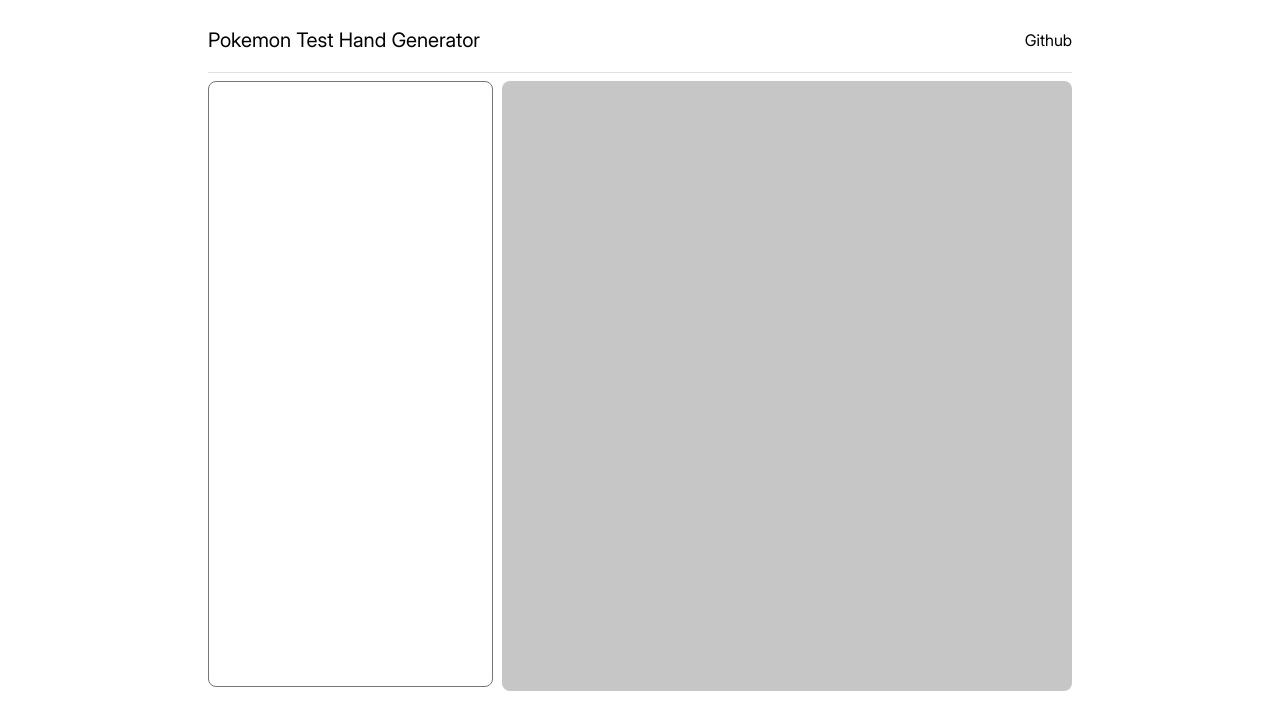
Repository: danielj1415/test-hand-simulator
Page: /
These files come from the project's save history. The page is drawn as it stood at one moment and after the next save; the edit follows.
The browser window is 1280 px wide. The pictures show the whole page.
The project was rebuilt for these pictures with package versions that can differ from the ones it lists, and the page was loaded fresh each time. Also part of the build but not shown: vite.config.ts, src/index.css.

Above is the page before, as saved 2024-10-30 18:10:21.

After the next save:
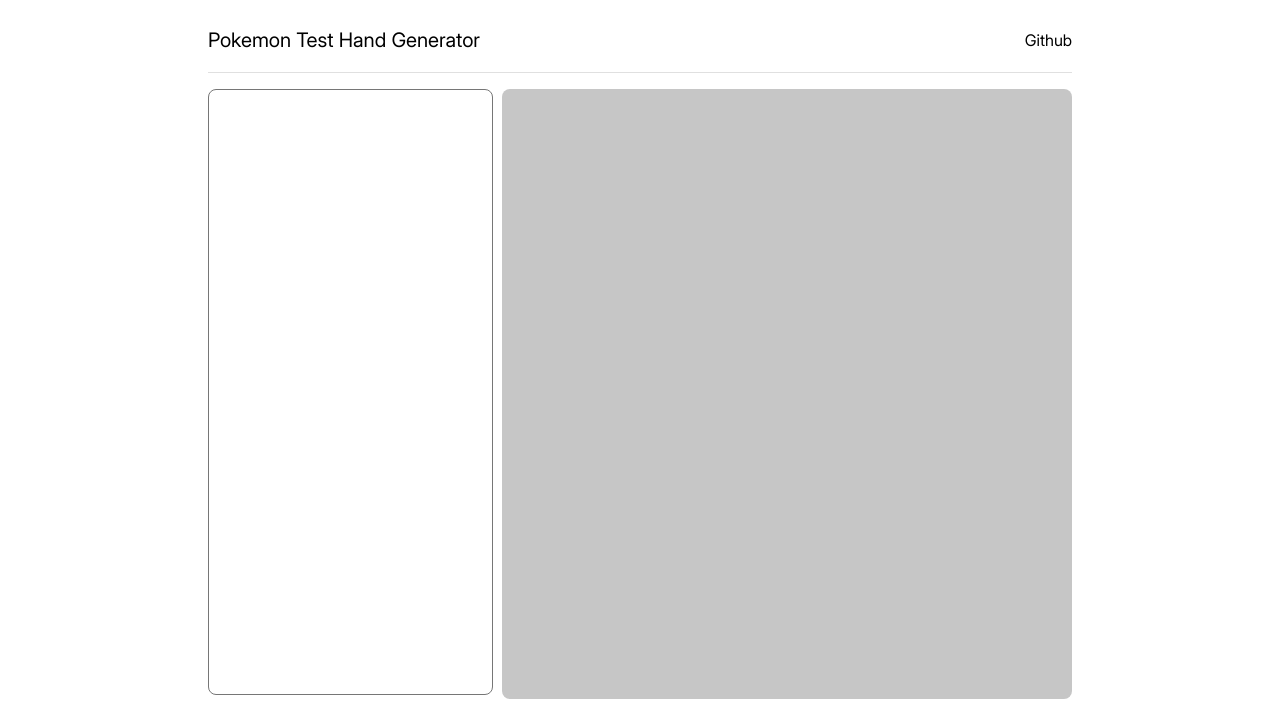
Saved 6 s later.
--- a/src/App.css
+++ b/src/App.css
@@ -31,7 +31,7 @@
 .mainBody{
   display: flex;
   justify-content: space-between;
-  margin-top: 8px;
+  margin-top: 16px;
 }
 
 .inputDeck{
